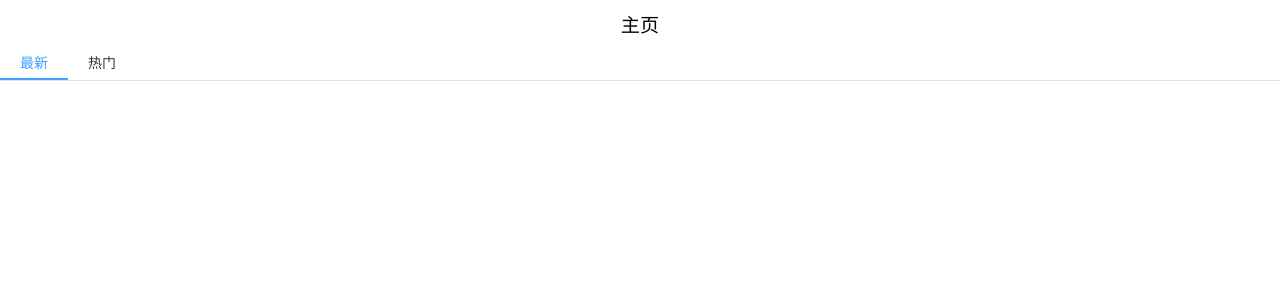
Repository: Great-Biscuit/HYXK_FE
Page: /
These files come from the project's save history. The page is drawn as it stood at one moment and after the next save; the edit follows.
The browser window is 1280 px wide. The pictures show the whole page.
The page's requests for data from a server got no answer. Some web fonts or font styles are not loaded; a fallback is used. The project was rebuilt for these pictures with package versions that can differ from the ones it lists, and the page was loaded fresh each time. No one was signed in, and anything a server would have sent is missing. Also part of the build but not shown: src/components/home/PostIntro.vue, src/components/login/Login.vue, src/components/register/Register.vue, src/components/login/FindUsername.vue, src/components/login/FindPassword.vue.

Above is the page before, as saved 2022-04-05 20:19:54.

### public/index.html
<!DOCTYPE html>
<html lang="">
  <head>
    <meta charset="utf-8">
    <meta name="viewport" content="width=device-width,height=device-height,initial-scale=1.0, minimum-scale=1.0, maximum-scale=1.0, user-scalable=no">
    <!-- windows phone 点击无高光 -->
    <meta name="msapplication-tap-highlight" content="no">
    <!-- 不让百度转码 -->
    <meta http-equiv="Cache-Control" content="no-siteapp" />
    <meta name="apple-mobile-web-app-title" content="皓月星空站">
    <meta name="apple-mobile-web-app-status-bar-style" content="black-translucent">
    <!-- 是否启用 WebApp 全屏模式，删除苹果默认的工具栏和菜单栏 -->
    <meta name="apple-mobile-web-app-capable" content="yes"/>
    <link rel="icon" href="./favicon.ico">
    <title>皓月星空站</title>
  </head>
  <body>
    <noscript>
      <strong>We're sorry but <%= htmlWebpackPlugin.options.title %> doesn't work properly without JavaScript enabled. Please enable it to continue.</strong>
    </noscript>
    <div id="app"></div>
    <!-- built files will be auto injected -->
  </body>
</html>

### src/main.js
import { createApp } from 'vue'
import App from './App.vue'
import router from "./router/router"
import ElementPlus from 'element-plus'
import 'element-plus/dist/index.css'
import './style/iconfont.css'


const app = createApp(App)
app.use(router)
app.use(ElementPlus, { size: 'small', zIndex: 3000 })
app.mount('#app')

### src/App.vue
<template>
  <div id="app">
    <router-view/>
  </div>
</template>

<script>
export default {
  name: 'App',
}
</script>

<style scoped>
</style>

### src/router/router.js
import { createRouter, createWebHistory } from "vue-router"

//1. 定义要使用到的路由组件  （一定要使用文件的全名，得包含文件后缀名）
import Home from '../components/home/Home.vue';
import Login from '../components/login/Login.vue';
import Register from '../components/register/Register.vue';
import FindUsername from '../components/login/FindUsername.vue';
import FindPassword from '../components/login/FindPassword.vue';

//2. 路由配置
const routes = [
  //redirect 重定向也是通过 routes 配置来完成，下面就是从 / 重定向到 /index
  {
    path: "/",
    redirect: "/Home",
  },
  { path: "/Login", component: Login},
  { path: "/Register", component: Register},
  { path: "/FindUsername", component: FindUsername},
  { path: "/FindPassword", component: FindPassword},
  { path: "/Home", component: Home},
]

// 3. 创建路由实例
const router = createRouter({
  // （1）采用hash 模式
  //history: createWebHashHistory(),
  // （2）采用 history 模式
  history: createWebHistory(),
  routes, //使用上方定义的路由配置
})

// 4. 导出router
export default router

### src/style/iconfont.css
@font-face {
  font-family: 'iconfont';  /* Project id 3272583 */
  src: url('//at.alicdn.com/t/font_3272583_3dgikdgj655.woff2?t=1649089822397') format('woff2'),
       url('//at.alicdn.com/t/font_3272583_3dgikdgj655.woff?t=1649089822397') format('woff'),
       url('//at.alicdn.com/t/font_3272583_3dgikdgj655.ttf?t=1649089822397') format('truetype'),
       url('//at.alicdn.com/t/font_3272583_3dgikdgj655.svg?t=1649089822397#iconfont') format('svg');
}

.iconfont {
  font-family:"iconfont" !important;
  font-size:16px;
  font-style:normal;
  -webkit-font-smoothing: antialiased;
  -moz-osx-font-smoothing: grayscale;
}

### src/components/home/Home.vue
<template>
  <el-container>
    <el-header>
      <Header/>
    </el-header>
    <el-main>
      <el-menu
        :default-active="activeIndex"
        class="el-menu-demo"
        mode="horizontal"
        @select="handleSelect"
      >
        <el-menu-item index="1">最新</el-menu-item>
        <el-menu-item index="0">热门</el-menu-item>
      </el-menu>
      <ul v-infinite-scroll="load" class="infinite-list" style="overflow: auto">
        <li v-for="postVo in postList" :key="postVo" class="infinite-list-item">
          <PostIntro :postVo="postVo" />
        </li>
      </ul>
    </el-main>
    <el-footer>
      <Footer/>
    </el-footer>
  </el-container>
</template>

<script>

import Footer from './Footer.vue'
import Header from './Header.vue'
import PostIntro from './PostIntro.vue'
import { post } from '../../utils/axios'
import { ElNotification } from 'element-plus'

export default {
  name: 'Home',
  components: {
    Header,
    Footer,
    PostIntro
  },
  data () {
    return {
      activeIndex : "1",
      count : 0,
      postList : []
    }
  },
  methods: {
    load () {
      let formData = new FormData()
      formData.append('userId', 0)
      formData.append('type', this.activeIndex)
      formData.append('offset', this.count)
      formData.append('limit', 8)
      formData.append('orderMode', 0)
      post('/post-public/queryAll', formData)
        .then(response => {
          if (response.code === 200) {
            // 每次取8条
            this.postList.push(...response.data);
            this.count += response.data.length;
          } else {
            ElNotification({
              title: "错误: " + response.code,
              message: response.msg,
              type: 'error',
              duration: 2000,
            })
          }
        })
        .catch(() => {
            ElNotification({
              title: "错误",
              message: "发生错误!",
              type: 'error',
              duration: 2000,
            })
        })
    },
    handleSelect (index) {
      // 重置数据
      this.activeIndex = index;
      this.count = 0;
      this.postList = [];
      // 把数据刷满屏, 不然不会触发自动加载
      // for (let i=0; i<2; i++){
        this.load();
      // }
    }
  }
}
</script>

<style scoped>
.el-container {
  background-size: 100% 100%;
	width:100vw;
	height:100vh;
  margin: -8px;
}
.el-header {
  height: 50px;
  padding: 10px 20px;
}
.el-main {
  height: auto;
  padding: 0;
  overflow: hidden;
}
.el-menu-demo {
  height: 5%;
}
.el-footer {
  height: 49px;
  padding: 10px 15px;
}
.infinite-list {
  height: 94%;
  padding: 0;
  list-style: none;
  margin: 1%;
}
.infinite-list .infinite-list-item {
  display: flex;
  height: 120px;
  margin: 10px;
  color: var(--el-color-primary);
}
.infinite-list .infinite-list-item + .list-item {
  margin-top: 10px;
}
</style>

### src/components/home/Footer.vue
<template>
  <el-row :gutter="20">
    <el-col :span="8" v-on:click="toHome">
      <i class="iconfont">&#xe6bb;</i>
    </el-col>
    <el-col :span="8">
      <i class="iconfont">&#xe600;</i>
    </el-col>
    <el-col :span="8">
      <i class="iconfont">&#xe607;</i>
    </el-col>
  </el-row>
</template>

<script>

export default {
  name: 'Footer',
  components: {
  },
  data () {
    return {

    }
  },
  methods: {
    // 跳到首页
    toHome () {
      this.$router.replace({path: '/Home'})
    },
  }
}
</script>

<style scoped>
.el-row {
  margin-bottom: 20px;
  text-align: center;
}
.el-row:last-child {
  margin-bottom: 0;
}
.iconfont {
  font-size: 25px;
}
</style>

### src/components/home/Header.vue
<template>
  <el-row :gutter="20">
    <el-col :span="3">
      <i class="iconfont">&#xe684;</i>
    </el-col>
    <el-col :span="3"></el-col>
    <el-col :span="12" style="font-size : 120%;">主页</el-col>
    <el-col :span="3">
      <i class="iconfont">&#xe65c;</i>
    </el-col>
    <el-col :span="3">
      <i class="iconfont">&#xe630;</i>
    </el-col>
  </el-row>
</template>

<script>

export default {
  name: 'Header',
  components: {
  },
  data () {
    return {

    }
  },
  methods: {

  }
}
</script>

<style scoped>
.el-row {
  margin-bottom: 20px;
  text-align: center;
}
.el-row:last-child {
  margin-bottom: 0;
}
.iconfont {
  font-size: 25px;
}
</style>

### src/utils/axios.js
import axios from 'axios'

// 创建axios实例
const instance = axios.create({
  baseURL: 'http://127.0.0.1:4523/mock/741820',
  timeout: 10000 // 十秒就算请求超时
})

// 封装请求函数
export const get = (url, params = {}) => {
  return new Promise((resolve, reject) => {
    instance.get(url, params).then((response) => {
      resolve(response.data)
    }, (err) => {
      reject(err)
    })
  })
}

export const post = (url, data = {}) => {
  return new Promise((resolve, reject) => {
    instance.post(url, data, {
      headers: {
        'Content-Type': 'application/json' // 请求后端数据时，Content-Type类型为json
      }
    }).then((response) => {
      resolve(response.data)
    }, (err) => {
      reject(err)
    })
  })
}

After the next save:
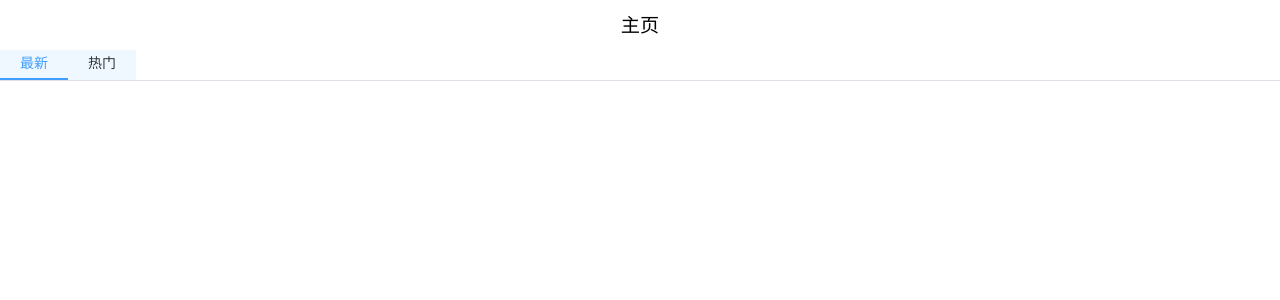
Saved 6 min 18 s later.
--- a/src/components/home/Home.vue
+++ b/src/components/home/Home.vue
@@ -131,4 +131,7 @@
 .infinite-list .infinite-list-item + .list-item {
   margin-top: 10px;
 }
+.el-menu-item {
+  background-color: aliceblue;
+}
 </style>

After the save that followed:
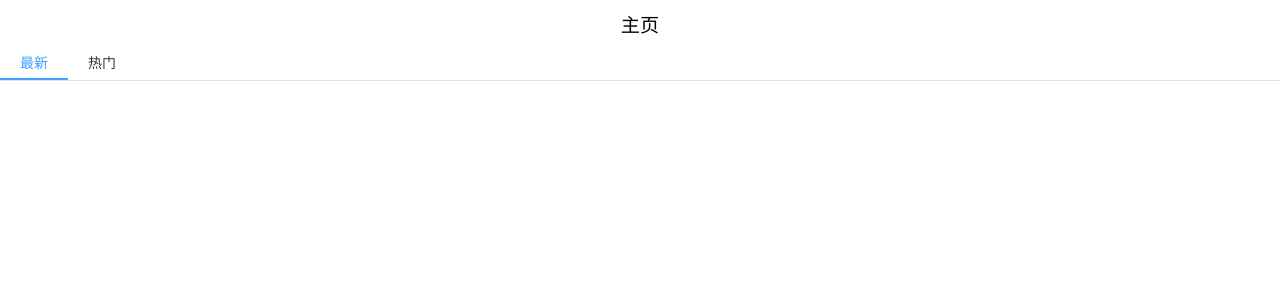
Saved 12 s later.
--- a/src/components/home/Home.vue
+++ b/src/components/home/Home.vue
@@ -132,6 +132,6 @@
   margin-top: 10px;
 }
 .el-menu-item {
-  background-color: aliceblue;
+  background-color: white;
 }
 </style>
